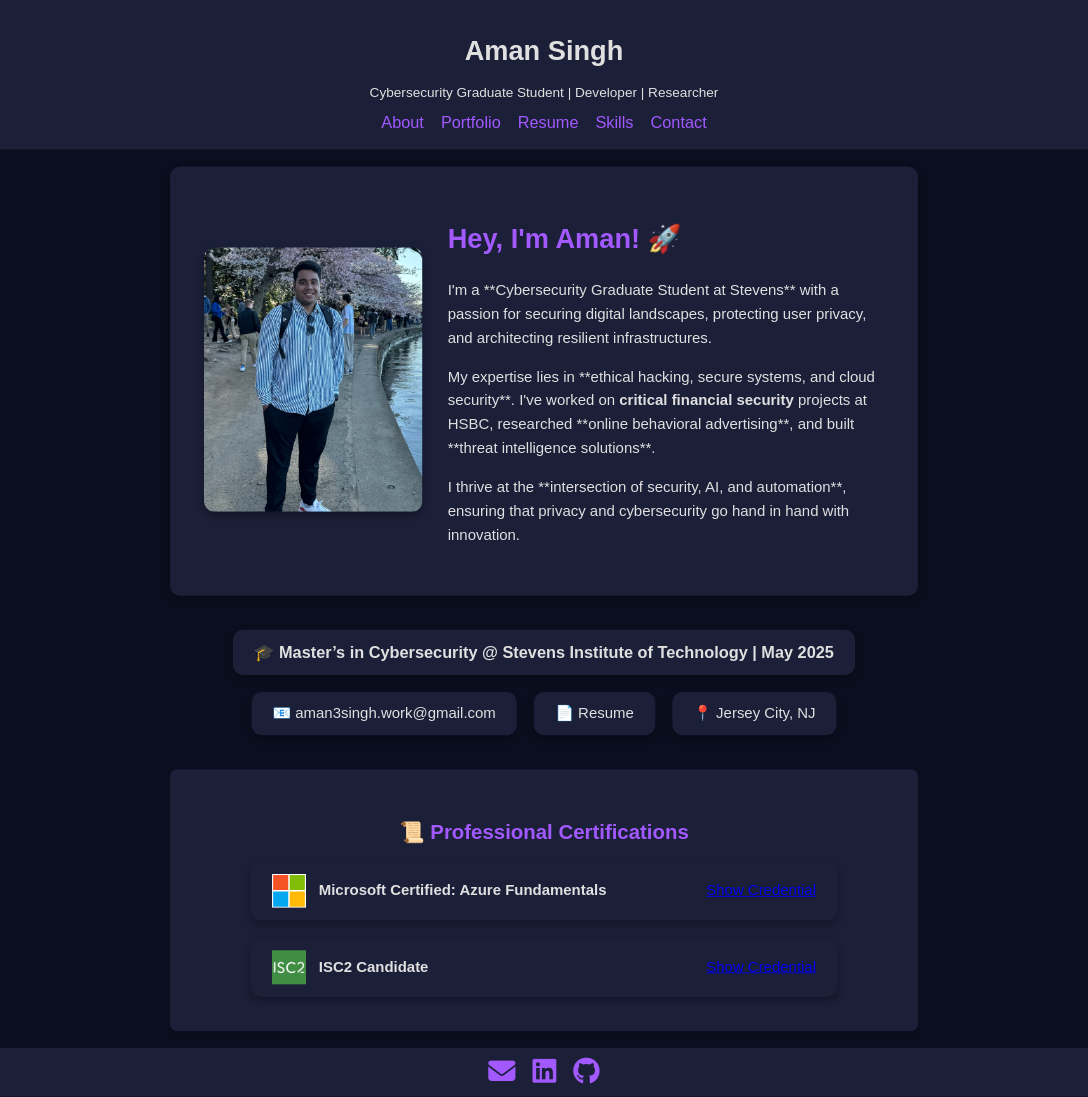
Repository: aman3singh/portfolio
Page: index.html
The author's editor kept a copy of each file at every save. The page is drawn from the files as they stood at one save, then again after the next save.
The browser window is 1280 px wide. The pictures show the whole page, at 85% of full size.

Above is the page before, as saved 2025-02-11 22:43:50.

### index.html
<!DOCTYPE html>
<html lang="en">
<head>
    <meta charset="UTF-8">
    <meta name="viewport" content="width=device-width, initial-scale=1.0">
    <title>Aman Singh | Cybersecurity Portfolio</title>
    <link rel="stylesheet" href="styles.css">
    <link rel="stylesheet" href="https://cdnjs.cloudflare.com/ajax/libs/font-awesome/6.4.2/css/all.min.css">
</head>
<body>
    <header>
        <h1>Aman Singh</h1>
        <p>Cybersecurity Graduate Student | Developer | Researcher</p>
        <nav>
            <a href="#about">About</a>
            <a href="portfolio.html">Portfolio</a>
            <a href="resume.html">Resume</a>
            <a href="#skills">Skills</a>
            <a href="#contact">Contact</a>
        </nav>
    </header>

    <section id="about" style="display: flex; align-items: center; gap: 30px; padding: 40px;">
        <div style="flex: 1; text-align: center;">
            <img src="Aman.jpg" alt="Aman Singh" style="width: 100%; max-width: 300px; border-radius: 12px; box-shadow: 0px 4px 10px rgba(0, 0, 0, 0.3);">
        </div>
        <div style="flex: 2;">
            <h2 style="color: #A259FF;">Hey, I'm Aman! 🚀</h2>
            <p>
                I'm a **Cybersecurity Graduate Student at Stevens** with a passion for securing digital landscapes, protecting user privacy, and architecting resilient infrastructures.
            </p>
            <p>
                My expertise lies in **ethical hacking, secure systems, and cloud security**. I've worked on <b>critical financial security</b> projects at HSBC, researched **online behavioral advertising**, and built **threat intelligence solutions**.
            </p>
            <p>
                I thrive at the **intersection of security, AI, and automation**, ensuring that privacy and cybersecurity go hand in hand with innovation.
            </p>
        </div>
    </section>

    <div style="display: flex; flex-direction: column; align-items: center; text-align: center; gap: 20px; padding: 20px;">
        <div style="background-color: #1B1F38; padding: 15px 25px; border-radius: 12px; font-size: 1.2em; box-shadow: 0px 4px 10px rgba(0, 0, 0, 0.3);">
            🎓 <b>Master’s in Cybersecurity @ Stevens Institute of Technology | May 2025</b>
        </div>
        <div style="display: flex; gap: 20px;">
            <div style="background-color: #1B1F38; padding: 15px 25px; border-radius: 12px; font-size: 1.1em; box-shadow: 0px 4px 10px rgba(0, 0, 0, 0.3);">
                📧 <a href="mailto:aman3singh.work@gmail.com" style="color: #E0E0E0; text-decoration: none;">aman3singh.work@gmail.com</a>
            </div>
            <div style="background-color: #1B1F38; padding: 15px 25px; border-radius: 12px; font-size: 1.1em; box-shadow: 0px 4px 10px rgba(0, 0, 0, 0.3);">
                📄 <a href="resume.html" style="color: #E0E0E0; text-decoration: none;">Resume</a>
            </div>
            <div style="background-color: #1B1F38; padding: 15px 25px; border-radius: 12px; font-size: 1.1em; box-shadow: 0px 4px 10px rgba(0, 0, 0, 0.3);">
                📍 Jersey City, NJ
            </div>
        </div>
    </div>

    <section id="certifications" style="padding: 40px; text-align: center;">
        <h2 style="color: #A259FF;">📜 Professional Certifications</h2>
        <div style="display: flex; flex-direction: column; align-items: center; gap: 20px;">
            <div style="background-color: #1B1F38; padding: 15px 25px; border-radius: 12px; font-size: 1.1em; width: 80%; display: flex; align-items: center; justify-content: space-between; box-shadow: 0px 4px 10px rgba(0, 0, 0, 0.3);">
                <div style="display: flex; align-items: center; gap: 15px;">
                    <img src="microsoft_logo.svg" alt="Microsoft Logo" style="height: 40px;">
                    <b>Microsoft Certified: Azure Fundamentals</b>
                </div>
                <a href="https://learn.microsoft.com/en-us/users/amansingh-1923/credentials/2ef5697650f7d138?ref=https%3A%2F%2Fwww.linkedin.com%2F" target="_blank" class="credential-button">Show Credential</a>
            </div>
            <div style="background-color: #1B1F38; padding: 15px 25px; border-radius: 12px; font-size: 1.1em; width: 80%; display: flex; align-items: center; justify-content: space-between; box-shadow: 0px 4px 10px rgba(0, 0, 0, 0.3);">
                <div style="display: flex; align-items: center; gap: 15px;">
                    <img src="isc2_logo.jpg" alt="ISC2 Logo" style="height: 40px;">
                    <b>ISC2 Candidate</b>
                </div>
                <a href="https://www.credly.com/badges/34d270c8-7299-4ed3-a625-0a13da7394b7/linked_in_profile" target="_blank" class="credential-button">Show Credential</a>
            </div>
        </div>
    </section>

    <footer>
            <div class="social-links" style="display: flex; gap: 20px; font-size: 2rem;">
                <a href="mailto:aman3singh.work@gmail.com" target="_blank">
                    <i class="fa-solid fa-envelope"></i>
                </a>
                <a href="https://www.linkedin.com/in/aman-singh7/" target="_blank">
                    <i class="fa-brands fa-linkedin"></i>
                </a>
                <a href="https://github.com/aman3singh" target="_blank">
                    <i class="fa-brands fa-github"></i>
                </a>
            </div>
    </footer>
</body>
</html>

### styles.css
body {
    font-family: 'Arial', sans-serif;
    margin: 0;
    padding: 0;
    background-color: #0A0F1F;
    color: #E0E0E0;
}

header {
    background-color: #1B1F38;
    color: 	#E0E0E0;
    text-align: center;
    padding: 20px;
}

nav {
    display: flex;
    justify-content: center;
    gap: 20px;
}

nav a {
    color: #A259FF;
    text-decoration: none;
    font-size: 1.2em;
    transition: color 0.3s;
}

nav a:hover {
    color: #00E5FF;
}

section {
    padding: 20px;
    margin: 20px auto;
    max-width: 800px;
    background: #1B1F38;
    box-shadow: 0px 4px 6px rgba(0, 0, 0, 0.1);
    border-radius: 8px;
}

h2 {
    color: #A259FF;
}
#about {
    display: flex;
    align-items: center;
    gap: 30px;
    padding: 40px;
    background-color: #1B1F38;
    border-radius: 12px;
    box-shadow: 0px 4px 10px rgba(0, 0, 0, 0.3);
}

#about img {
    width: 100%;
    max-width: 300px;
    border-radius: 12px;
    box-shadow: 0px 4px 10px rgba(0, 0, 0, 0.3);
}

#about h2 {
    color: #A259FF;
    font-size: 2em;
}

#about p {
    color: #E0E0E0;
    font-size: 1.1em;
    line-height: 1.6;
}
#resume-container {
    display: flex;
    justify-content: center;
    align-items: center;
    min-height: 100vh;
    background-color: #0A0F1F; /* Match with your theme */
    padding-bottom: 0; /* Ensures no extra padding */
    overflow: hidden; /* Prevents extra scrolling */
}

#resume-container iframe {
    width: 80%;
    height: 100vh; /* Make it take full viewport height */
    border: none;
    background-color: transparent;
}

.project {
    border-left: 4px solid #A259FF;
    padding-left: 10px;
    margin-bottom: 15px;
}

.social-links {
    display: flex;
    justify-content: center;
    gap: 15px;
    font-size: 2rem;
}

.social-links a {
    color: #A259FF;
    transition: color 0.3s;
}

.social-links a:hover {
    color: #00E5FF;
}

footer {
    text-align: center;
    padding: 10px;
    background-color: #1B1F38;
    color: #E0E0E0;
}

After the next save:
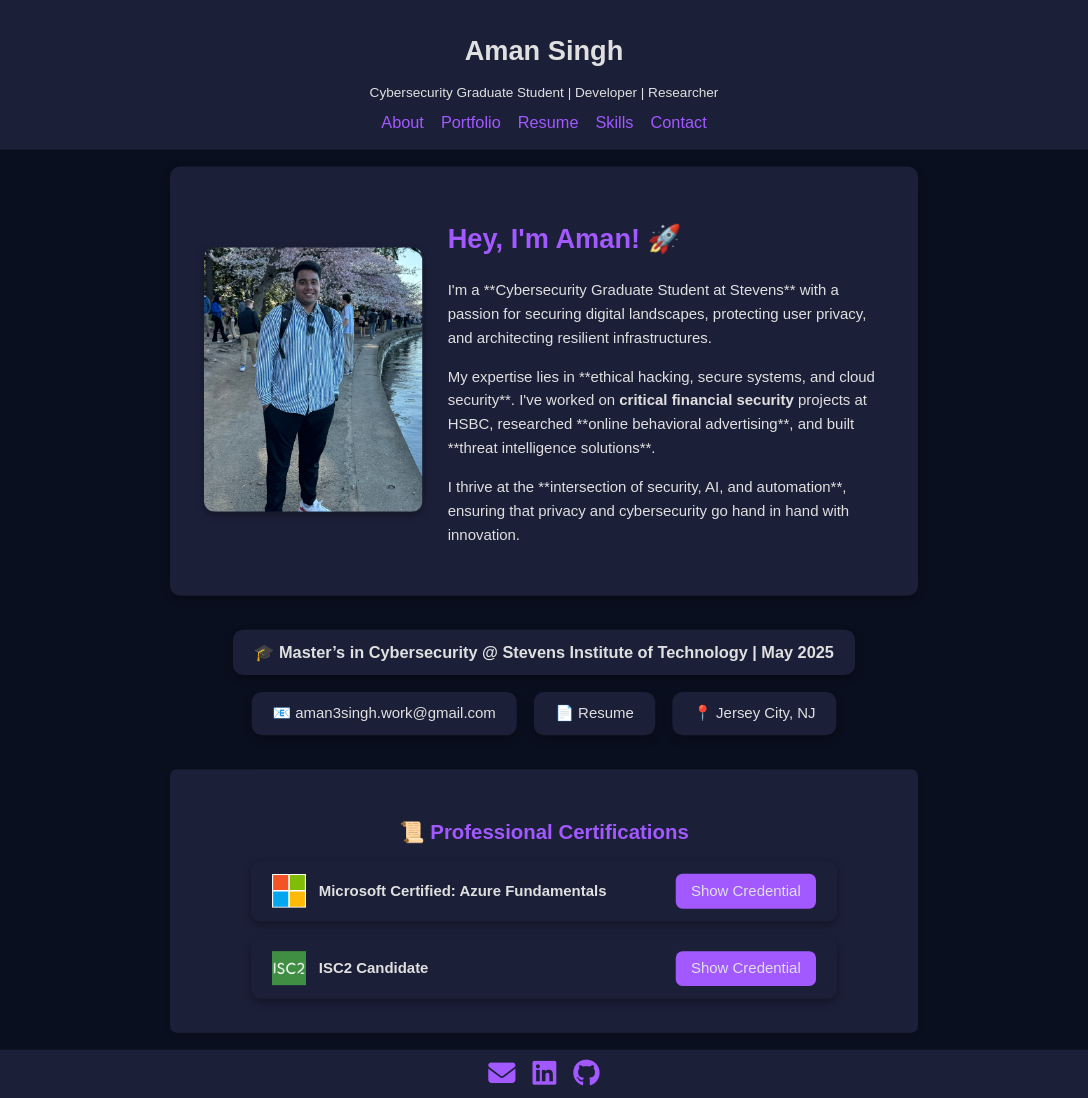
Saved 39 s later.
--- a/styles.css
+++ b/styles.css
@@ -107,6 +107,22 @@ h2 {
 .social-links a:hover {
     color: #00E5FF;
 }
+.credential-button {
+    color: #E0E0E0;
+    text-decoration: none;
+    background-color: #A259FF;
+    padding: 10px 18px;
+    border-radius: 8px;
+    font-size: 1em;
+    transition: background-color 0.3s ease-in-out;
+    display: flex;
+    align-items: center;
+    justify-content: center;
+}
+
+.credential-button:hover {
+    background-color: #7048E8;
+}
 
 footer {
     text-align: center;
